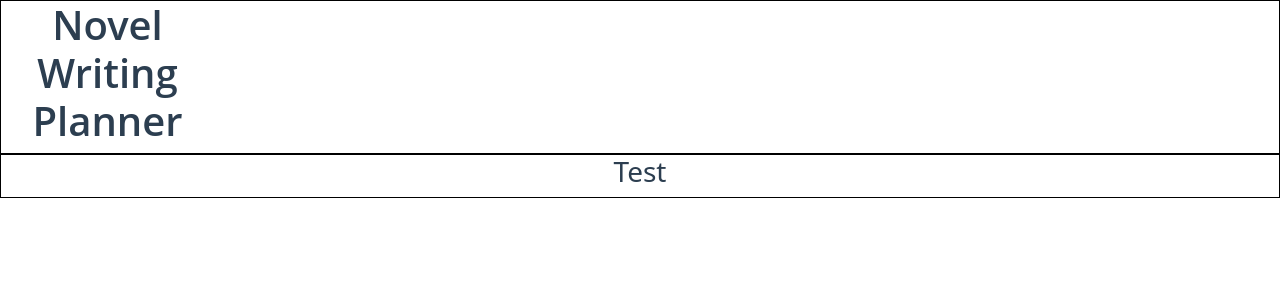
Repository: GossipCoco/RallyeBookV2
Page: /
These files come from the project's save history. The page is drawn as it stood at one moment and after the next save; the edit follows.
The browser window is 1280 px wide. The pictures show the whole page.
The page's requests for data from a server got no answer. The project was rebuilt for these pictures with package versions that can differ from the ones it lists, and the page was loaded fresh each time. No one was signed in, and anything a server would have sent is missing. Also part of the build but not shown: vue.config.js, src/api/JwTApi.js, server.js, src/components/PageComponent/Login.vue.

Above is the page before, as saved 2023-12-11 15:33:17.

After the next save:
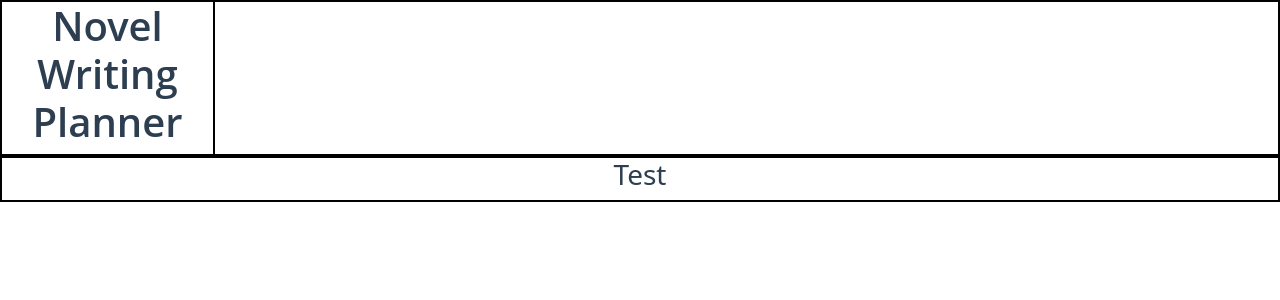
Saved 70 s later.
--- a/src/assets/css/Layout.css
+++ b/src/assets/css/Layout.css
@@ -23,6 +23,6 @@ h1{
     font-family: var(--opensans-text);
     font-weight: 600;
 }
-.row{
+.row, .col, .col-1, .col-2, .col-3, .col-4, .col-5, .col-6, .col-7, .col-8, .col-9, .col-10, .col-11, .col-12{
     border: 1px solid rgba(var(--main-black), 1);
 }
